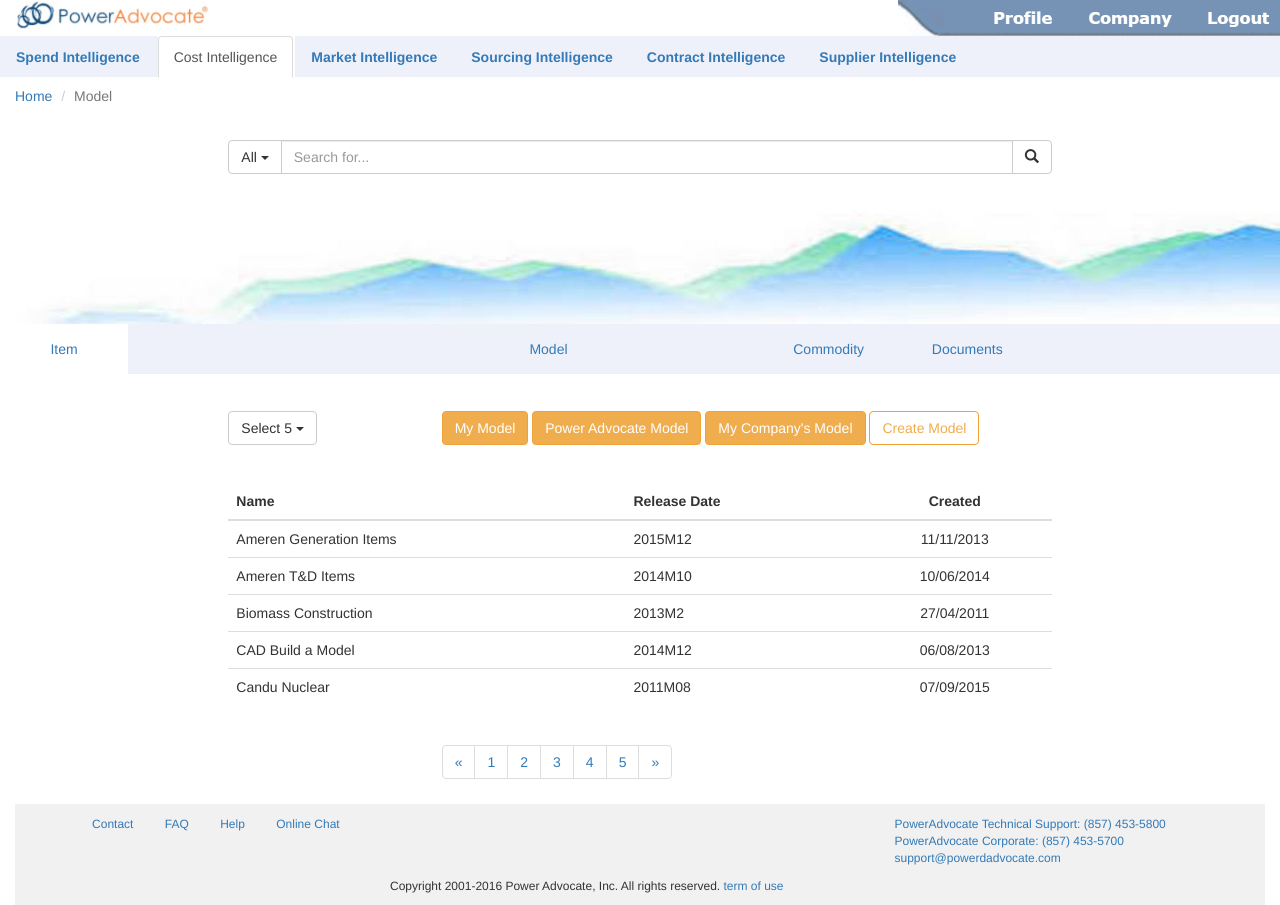
Repository: SamiraMansouri/PowerAdvocate-CostIntelligence-Application-new-Design-using-UserExperience-Method-
Page: http://localhost/PowerAdvocate/WEB-INF/views/Item.jsp
These files come from the project's save history. The page is drawn as it stood at one moment and after the next save; the edit follows.
The browser window is 1280 px wide. The pictures show the whole page.
The page is served by Tomcat 9. Nobody is signed in. The template is opened directly, without the code that normally fills it, so the values that code supplies are empty.

Above is the page before, as saved 2016-04-25 01:50:42.

After the next save:
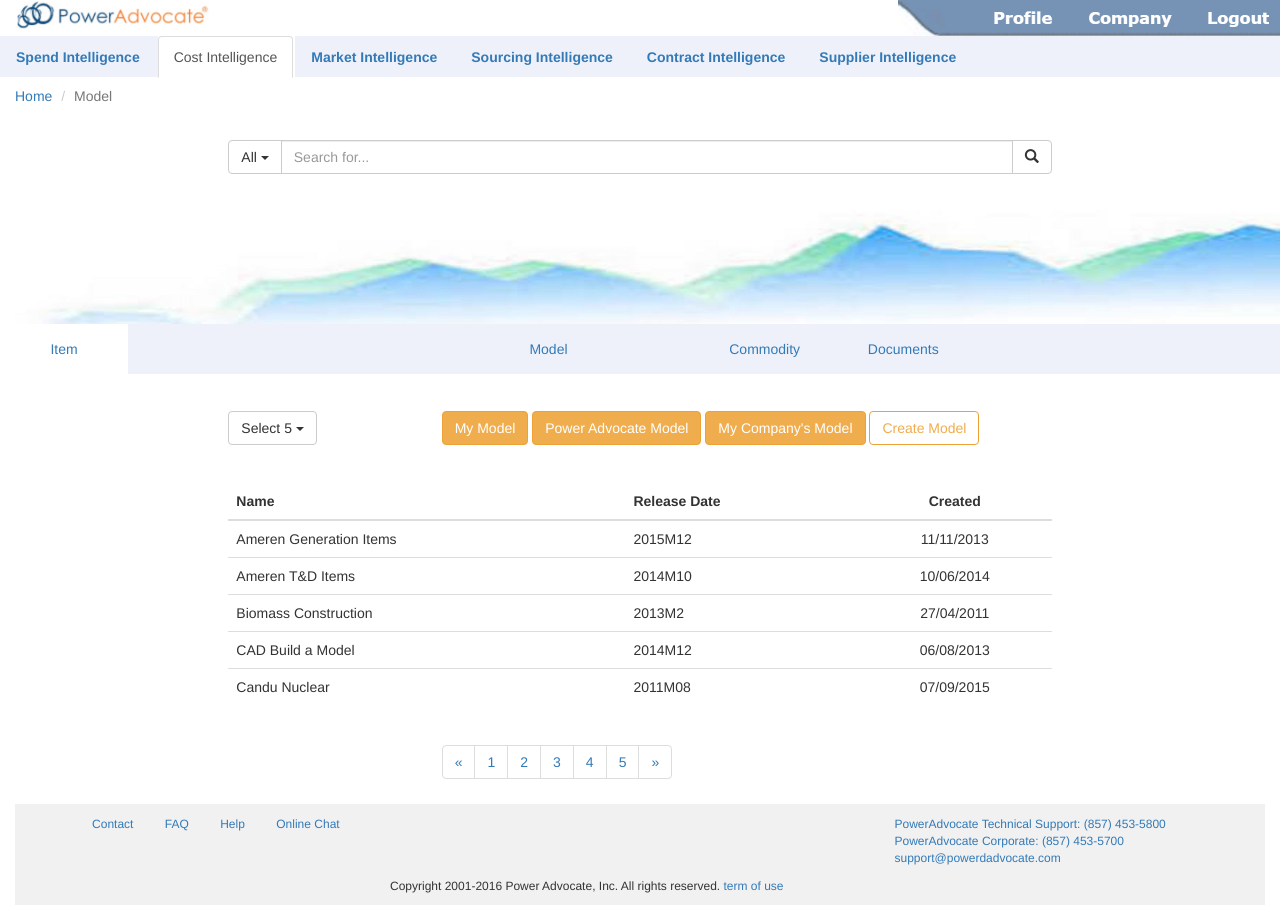
Saved 7 s later.
--- a/PowerAdvocate-Prototype/PowerAdvocate/src/main/webapp/WEB-INF/views/Item.jsp
+++ b/PowerAdvocate-Prototype/PowerAdvocate/src/main/webapp/WEB-INF/views/Item.jsp
@@ -198,7 +198,7 @@
 			<div class=" collapse navbar-collapse "
 				id="bs-example-navbar-collapse-1">
 				<ul class="nav navbar-nav">
-					<li style="width:30%"><a href="#">Model</a></li>
+					<li style="width:20%"><a href="#">Model</a></li>
 					<li class="pull-left active" style="width:10%"><a href="/prototype/Item">Item</a></li>
 					<li><a href="#"></a></li>
 					<li><a href="/prototype/Commodity">Commodity</a></li>
